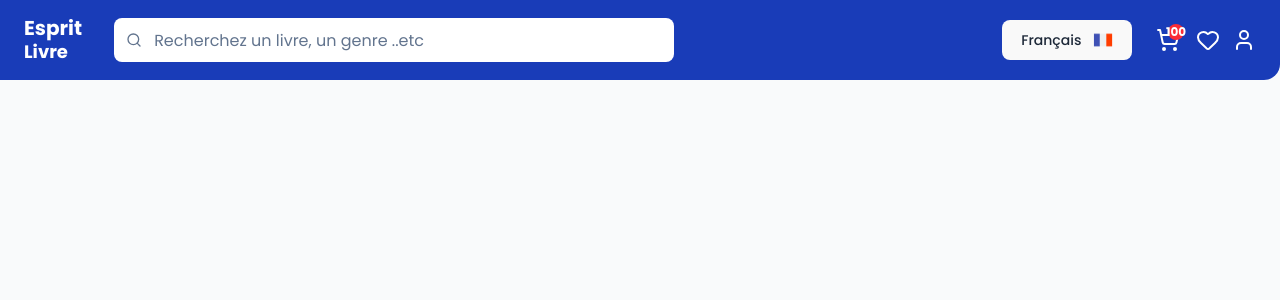
Repository: oussamabenberkane/esprit-livre-front
Page: /
The author's editor kept a copy of each file at every save. The page is drawn from the files as they stood at one save, then again after a run of saves.
The browser window is 1280 px wide. The pictures show the whole page.
The project was rebuilt for these pictures with package versions that can differ from the ones it lists, and the page was loaded fresh each time. Also part of the build but not shown: vite.config.js.

Above is the page before, as saved 2025-09-25 20:54:04.

### index.html
<!doctype html>
<html lang="en">
  <head>
    <meta charset="UTF-8" />
    <link rel="icon" type="image/svg+xml" href="/vite.svg" />
    <meta name="viewport" content="width=device-width, initial-scale=1.0" />
    <title>espritlivrefront</title>
  </head>
  <body>
    <div id="root"></div>
    <script type="module" src="/src/main.jsx"></script>
  </body>
</html>

### src/index.css
@import url('https://fonts.googleapis.com/css2?family=Poppins:wght@300;400;500;600;700&display=swap');
@import "tailwindcss";

:root {
  font-family: 'Poppins', system-ui, Avenir, Helvetica, Arial, sans-serif;
  line-height: 1.5;
  font-weight: 400;

  color-scheme: light dark;
  color: rgba(255, 255, 255, 0.87);
  background-color: #242424;

  font-synthesis: none;
  text-rendering: optimizeLegibility;
  -webkit-font-smoothing: antialiased;
  -moz-osx-font-smoothing: grayscale;
}

a {
  font-weight: 500;
  color: #646cff;
  text-decoration: inherit;
}

a:hover {
  color: #535bf2;
}

body {
  margin: 0;
  display: flex;
  place-items: center;
  min-width: 320px;
  min-height: 100vh;
}

h1 {
  font-size: 3.2em;
  line-height: 1.1;
}

button {
  border-radius: 8px;
  padding: 0.6em 1.2em;
  font-size: 1em;
  font-weight: 500;
  font-family: inherit;
  background-color: #1a1a1a;
  cursor: pointer;
  transition: border-color 0.25s;
}

button:hover {
  border-color: #646cff;
}

@media (prefers-color-scheme: light) {
  :root {
    color: #213547;
    background-color: #ffffff;
  }

  a:hover {
    color: #747bff;
  }

  button {
    background-color: #f9f9f9;
  }
}

### src/App.jsx
import Navbar from './components/common/Navbar';

function App() {
  return (
    <div className="min-h-screen min-w-screen bg-gray-50">
      <Navbar />
      {/* Reste de votre contenu */}
    </div>
  );
}

export default App;

### src/components/common/Navbar.jsx
import { Search, ChevronDown, ShoppingCart, Heart, User } from 'lucide-react';
import LanguageToggle from '../animations/LanguageToggle';


// Logo Component
const Logo = () => (
    <div className="flex flex-col text-white">
        <div className="text-xl font-bold leading-tight">Esprit</div>
        <div className="text-lg font-bold leading-tight">Livre</div>
    </div>
);

// Search Bar Component
const SearchBar = ({ placeholder = "Recherchez un livre, un genre ..etc", onSearch }) => (
    <div className="relative bg-white rounded-lg h-11 w-140 flex items-center">
        <div className="absolute left-3 w-4 h-4 text-slate-500">
            <Search className="w-full h-full" />
        </div>
        <input
            type="text"
            placeholder={placeholder}
            onChange={onSearch}
            className="w-full h-full pl-10 pr-4 text-md text-black bg-transparent border-none outline-none placeholder:text-slate-500"
        />
    </div>
);

// User Actions Component
const UserActions = ({ cartCount = 0, onCartClick, onFavoritesClick, onUserClick }) => (
    <div className="flex items-center gap-2">
        {/* Cart with notification */}
        <div className="relative cursor-pointer hover:opacity-80 transition-opacity" onClick={onCartClick}>
            <div className="w-6 h-6 text-white">
                <ShoppingCart className="w-full h-full" />
            </div>
            {cartCount > 0 && (
                <div className="absolute -top-1 -right-1 w-4 h-4 bg-red-500 rounded-full flex items-center justify-center">
                    <span className="text-xs text-white font-black leading-none">{cartCount}</span>
                </div>
            )}
        </div>

        {/* Favorites */}
        <div
            className="w-6 h-6 ml-2 text-white cursor-pointer hover:opacity-80 transition-opacity"
            onClick={onFavoritesClick}
        >
            <Heart className="w-full h-full" />
        </div>

        {/* User Account */}
        <div
            className="w-6 h-6 ml-1 text-white cursor-pointer hover:opacity-80 transition-opacity"
            onClick={onUserClick}
        >
            <User className="w-full h-full" />
        </div>
    </div>
);

// Main Navbar Component
const Navbar = ({
    searchPlaceholder,
    cartCount,
    onSearch,
    onCartClick,
    onFavoritesClick,
    onUserClick
}) => (
    <div className="w-full bg-blue-800 rounded-br-2xl px-6 py-3 h-20">
        <div className="flex items-center w-full h-full">
            {/* Logo */}
            <div className="flex-shrink-0">
                <Logo />
            </div>

            {/* Search Bar */}
            <div className="flex-shrink-0 ml-8">
                <SearchBar placeholder={searchPlaceholder} onSearch={onSearch} />
            </div>

            {/* Spacer */}
            <div className="flex-1"></div>

            {/* Language Selector */}
            <div className="flex-shrink-0 mr-6">
                <LanguageToggle />
            </div>

            {/* User Actions */}
            <div className="flex-shrink-0">
                <UserActions
                    cartCount={cartCount}
                    onCartClick={onCartClick}
                    onFavoritesClick={onFavoritesClick}
                    onUserClick={onUserClick}
                />
            </div>
        </div>
    </div>
);

// Demo usage
export default function App() {
    const handleSearch = (e) => {
        console.log('Search:', e.target.value);
    };

    const handleLanguageChange = () => {
        console.log('Language selector clicked');
    };

    const handleCartClick = () => {
        console.log('Cart clicked');
    };

    const handleFavoritesClick = () => {
        console.log('Favorites clicked');
    };

    const handleUserClick = () => {
        console.log('User account clicked');
    };

    return (
        <Navbar
            cartCount={100}
            onSearch={handleSearch}
            onLanguageChange={handleLanguageChange}
            onCartClick={handleCartClick}
            onFavoritesClick={handleFavoritesClick}
            onUserClick={handleUserClick}
        />
    );
}

### src/components/animations/LanguageToggle.jsx
import React, { useState } from 'react';
import { motion, AnimatePresence } from 'framer-motion';
import { ChevronDown } from 'lucide-react';

const LanguageToggle = ({ onLanguageChange }) => {
    const [currentLang, setCurrentLang] = useState('fr');

    const handleToggle = () => {
        const newLang = currentLang === 'fr' ? 'en' : 'fr';
        setCurrentLang(newLang);
        if (onLanguageChange) {
            onLanguageChange(newLang);
        }
    };

    const getCurrentLanguageLabel = () => {
        return currentLang === 'fr' ? 'Français' : 'English';
    };

    return (
        <motion.button
            whileHover={{ scale: 1.05 }}
            whileTap={{ scale: 0.95 }}
            onClick={handleToggle}
            className="relative bg-white rounded-md px-4 py-2.5 min-w-[130px] flex items-center justify-between cursor-pointer border-none outline-none focus:outline-none hover:bg-gray-50 transition-colors  overflow-hidden"
        >
            <AnimatePresence mode="wait">
                <motion.span
                    key={currentLang}
                    initial={{ opacity: 0, y: +10 }}
                    animate={{ opacity: 1, y: 0 }}
                    exit={{ opacity: 0, y: +10 }}
                    transition={{
                        duration: 0.2,
                        ease: "easeInOut"
                    }}
                    className="text-sm font-medium text-gray-800"
                >
                    {getCurrentLanguageLabel()}
                </motion.span>
            </AnimatePresence>

            <motion.div
                animate={{ rotate: currentLang === "en" ? 180 : 0 }}
                transition={{ duration: 0.4 }}
                className="ml-2 relative w-5 h-5 overflow-hidden"
            >
                <AnimatePresence mode="wait" initial={false}>
                    {currentLang === "fr" ? (
                        <motion.img
                            key="fr"
                            src="assets/icons/french-flag.png"
                            initial={{ opacity: 0 }}
                            animate={{ opacity: 1 }}
                            exit={{ opacity: 0 }}
                            transition={{ duration: 0.2, ease: "easeInOut" }}
                            className="absolute top-0 left-0 w-full h-full object-contain"
                        />
                    ) : (
                        <motion.img
                            key="en"
                            src="assets/icons/english-flag.png"
                            initial={{ opacity: 0 }}
                            animate={{ opacity: 1 }}
                            exit={{ opacity: 0 }}
                            transition={{ duration: 0.2, ease: "easeInOut" }}
                            className="absolute top-0 left-0 w-full h-full object-contain"
                        />
                    )}
                </AnimatePresence>
            </motion.div>
        </motion.button>
    );
};

export default LanguageToggle;

Loaded but not shown: src/main.jsx (common file)

After the next 2 saves:
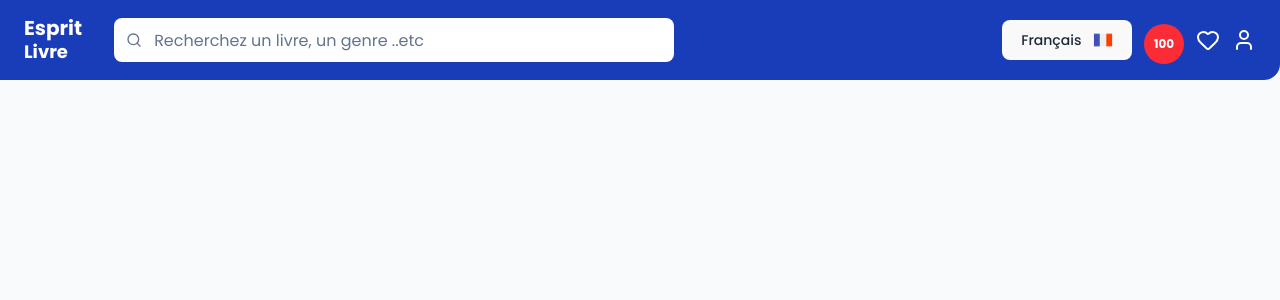
The 2 saves are shown as one change because they came seconds apart.
The last was saved 34 s later.
--- a/src/components/common/Navbar.jsx
+++ b/src/components/common/Navbar.jsx
@@ -34,7 +34,7 @@ const UserActions = ({ cartCount = 0, onCartClick, onFavoritesClick, onUserClick
                 <ShoppingCart className="w-full h-full" />
             </div>
             {cartCount > 0 && (
-                <div className="absolute -top-1 -right-1 w-4 h-4 bg-red-500 rounded-full flex items-center justify-center">
+                <div className="absolute -top-1 -right-1 w-10 h-10 bg-red-500 rounded-full flex items-center justify-center">
                     <span className="text-xs text-white font-black leading-none">{cartCount}</span>
                 </div>
             )}
